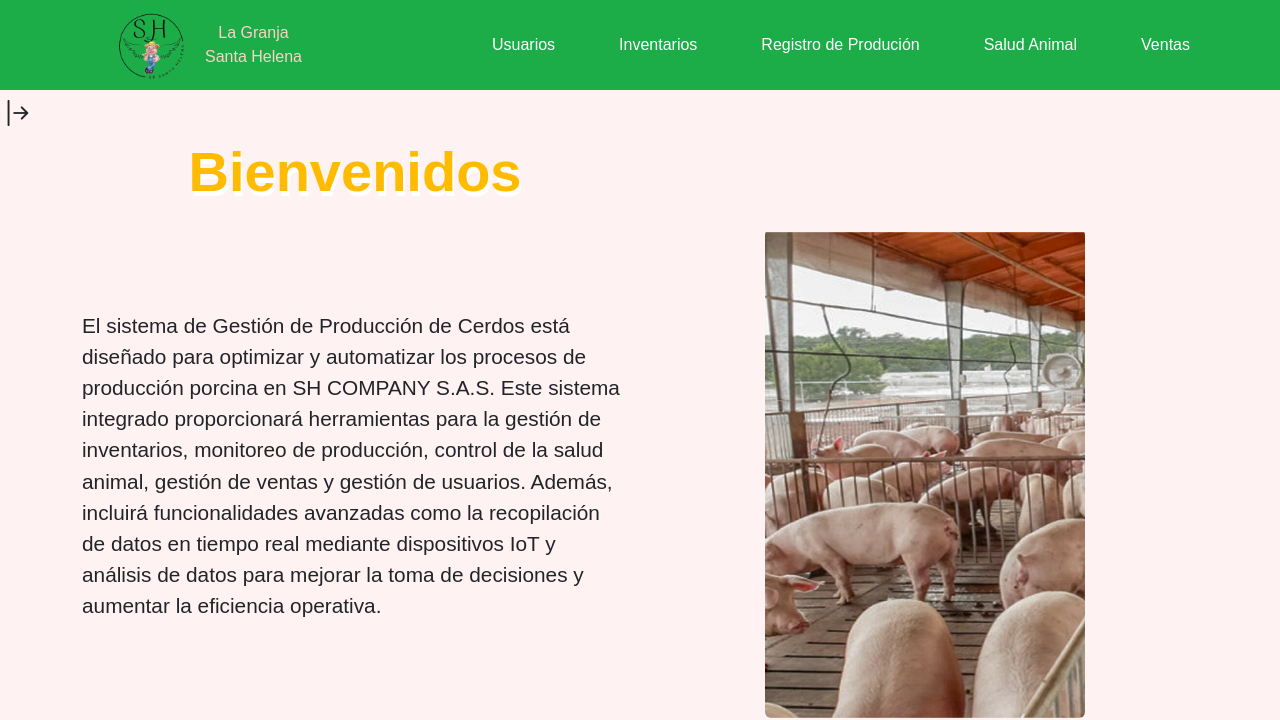
Repository: Mateojimenezz/Granja-Santa-Helena
Page: paginaDeInicio.html
The author's editor kept a copy of each file at every save. The page is drawn from the files as they stood at one save, then again after the next save.
The browser window is 1280 px wide. The pictures show the whole page.
Some web fonts or font styles are not loaded; a fallback is used.

Above is the page before, as saved 2025-03-31 15:27:37.

### paginaDeInicio.html
<!DOCTYPE html>
<html lang="es">
<head>
    <meta charset="UTF-8">
    <meta name="viewport" content="width=device-width, initial-scale=1.0">
    <title>La Granja</title>
    <link href="https://cdn.jsdelivr.net/npm/bootstrap@5.3.3/dist/css/bootstrap.min.css" rel="stylesheet" integrity="sha384-QWTKZyjpPEjISv5WaRU9OFeRpok6YctnYmDr5pNlyT2bRjXh0JMhjY6hW+ALEwIH" crossorigin="anonymous">

    <link rel="stylesheet" href="./assets/css/index.css">
    <link rel="stylesheet" href="./assets/css/paginaDeInicio.css">
    <link rel="stylesheet" href="https://cdn.jsdelivr.net/npm/bootstrap-icons@1.11.3/font/bootstrap-icons.min.css">
    <link href="https://fonts.googleapis.com/css2?family=Calistoga&display=swap" rel="stylesheet">

  </head>
<body>
  <header class="header sticky-top d-flex  align-items-center ">
    <div class="container d-flex  align-items-center justify-content-between ">
      <div class="logo">
        <img  src="./assets/img/logo.png" width="90" alt="Logo">
        <span>La Granja <br> Santa Helena</span>
      </div>
      <nav class="navbar navbar-expand-lg ">
        <button class="navbar-toggler toggler-focus text-white" type="button" data-bs-toggle="collapse" data-bs-target="#menu" aria-controls="menu" aria-expanded="false" aria-label="Toggle navigation">
          <span class="navbar-toggler-icon"></span>
        </button>
        <div class="collapse navbar-collapse" id="menu">
          <ul class="navbar-nav ms-auto    gap-md-3 gap-lg-5">
            <li class="nav-item"><a class="nav-link" href="#" >Usuarios</a></li>
            <li class="nav-item"><a class="nav-link" href="#">Inventarios</a></li>
            <li class="nav-item"><a class="nav-link" href="#">Registro de Produción</a></li>
            <li class="nav-item"><a class="nav-link" href="#">Salud Animal</a></li>
            <li class="nav-item"><a class="nav-link" href="#">Ventas</a></li>
          </ul>
        </div>
        </div>
      </nav>
    </div>
  </header>
  <button id="toggleMenu" class="d-none d-sm-none d-md-block  btn  position-fixed  btn-MenuLateralAbrir ">
    <span><i class="bi bi-arrow-bar-right"></i></span>
  </button>
  <!-- Menú lateral -->
  <div id="sidebar" class=" border-end vh-100 position-fixed start-0 p-3  ">
    <button id="closeMenu" class="btn  mb-1 btn-MenuLateralCerrar">
      <span><i class="bi bi-arrow-bar-left"></i></span>
    </button>
    <ul class="nav flex-column">
      <li class="nav-item">
        <a class="nav-link" href="#" data-target="menu-usuarios">Usuarios</a>
      </li>
      <li class="nav-item">
        <a class="nav-link" href="#" data-target="menu-inventario">Inventario</a>
      </li>
      <!-- Agrega más elementos aquí -->
    </ul>
  </div>
  <main class="container">
    <!-- Sección 1 -->
    <section class="row seccion-1">
      <article class="col-12 col-lg-6 d-flex justify-content-center align-items-center mt-5 mb-2">
        <h1 >Bienvenidos</h1>
      </article>
    </section>
    <!-- Sección 2 -->
    <section class="row seccion-2 -gap-10 mt-2">
      <article class="d-flex flex-column align-items-center justify-content-center col-12 col-lg-6 ">
        <p class="text-justify">
          El sistema de Gestión de Producción de Cerdos está diseñado para optimizar y automatizar
          los procesos de producción porcina en SH COMPANY S.A.S. Este sistema integrado proporcionará herramientas
          para la gestión de inventarios, monitoreo de producción, control de la salud animal, gestión de ventas y gestión de usuarios.
          Además, incluirá funcionalidades avanzadas como la recopilación de datos en tiempo real mediante dispositivos IoT y análisis de datos
          para mejorar la toma de decisiones y aumentar la eficiencia operativa.
        </p>
      </article>
      <!-- Imagen -->
      <article class="col-12 col-lg-6 d-flex justify-content-center align-items-center ">
        <img
          src="assets/img/Upload-5a8315b810a15-13022018 1.png"  width="320" height="200"
          class="img-fluid rounded"
          alt="Fotografía de la granja"
        />
      </article>
    </section>
  </main>










  <!-- bootstrap JS -->
  <script src="https://cdn.jsdelivr.net/npm/bootstrap@5.3.3/dist/js/bootstrap.bundle.min.js" integrity="sha384-YvpcrYf0tY3lHB60NNkmXc5s9fDVZLESaAA55NDzOxhy9GkcIdslK1eN7N6jIeHz" crossorigin="anonymous"></script>
  <script src="./assets/js/menu.js"></script>
  <script src="./assets/js/menuLateral.js"></script>
</body>

</html>

### assets/css/index.css
@import "./variables.css";

/* === General === */
body {
  margin: 0;
  font-family: var(--font-principal);
  background-color: var(--color-FondoDiv2);
}

/* === Header === */
.header {
  background-color: var(--color-principal);
  color: var(--color-texto);
  font-size: 1rem;
}

.logo {
  display: flex;
  align-items: center;
  gap: 0.5rem;
  color: #FCD1C6;
  text-align: center;
  margin-left: 25px;
}

/* === Botón Ingresar === */
.ingresar,
.ingresar1 {
  color: white !important;
  cursor: pointer;
  display: flex;
  align-items: center;
  gap: 10px;
}

.ingresar {
  margin-left: 110px;
  margin-right: 100px;
}

.ingresar h5:hover,
.ingresar1 h5:hover {
  color: var(--color-fondoDiv);
}

/* === Navbar === */
.navar-nav {
  justify-content: center;
}

.nav-link {
  position: relative;
  color: white;
  text-decoration: none;
  padding: 0.5rem;
  transition: color 0.3s ease-in-out;
}
.nav-link:active{
  color: red;
}

.nav-link::after {
  content: '';
  position: absolute;
  left: 15px;
  bottom: 0;
  width: 0;
  height: 2px;
  background-color: var(--color-FondoDiv2);
  transition: width 0.3s ease-in-out;
}

.nav-link:hover {
  color: var(--color-fondoDiv);
}

.nav-link:hover::after {
  width: 75%;
}

/* === Sección 1 - Imagen Principal === */
.imagen1 {
  width: 100%;
  height: 500px;
  object-fit: cover;
}

.titulo1 {
  position: absolute;
  top: 50%;
  left: 50%;
  transform: translate(-50%, -50%);
  color: white;
  font-size: 4rem;
  font-weight: bold;
  text-shadow: 2px 2px 5px var(--color-principal);
  text-align: center;
}

/* === Sección 3 === */
.seccion-3 {
  background-color: var(--color-fondoDiv);
}

/* === Footer === */
.footer {
  background-color: var(--color-Footter);
  padding-left: 50px;
  padding-bottom: 0px;
  margin-bottom: -50px;
}

.Logofooter {
  max-width: 250px;
  margin-right: 50px;
}

/* === Responsividad === */
@media (max-width: 991px) {

  /* Ajustes en dispositivos pequeños */
  .logo {
    margin-left: -10px;
  }

  .navbar-toggler {
    border: none !important;
  }

  .navbar-toggler:focus,
  .navbar-toggler:active,
  .navbar-toggler:hover {
    outline: none !important;
    box-shadow: 0 0 10px #F8E91C !important;
  }

  /* Ocultar ingresar en pantallas pequeñas y mostrar ingresar1 */
  .ingresar {
    display: none;
  }

  .ingresar1 {
    display: flex;
  }

  .ingresar1 .bi {
    padding-top: 5px;
  }
}

### assets/css/paginaDeInicio.css
#sidebar {
  display: none;
  transition: all 0.3s ease; /* Animación opcional */
  background-color: var(--color-menu-lateral);
  width: 250px;
}

#sidebar.open {
  display: block;
}
.btn-MenuLateralAbrir{
  margin-top: -5px;
  margin-left: -10px;
  font-size: 30px;
  font-weight: 700;
  border:none;

}

.btn-MenuLateralCerrar{
  margin-top: -20px;
  margin-left: 190px;
  font-size: 25px;
  border:none;
}
.seccion-1 h1{
    font-family: var(--font-principal);
    color:  #FFBB00;
    font-size: 3.5em;
    font-weight: bold;
    text-shadow: white 2px 5px;

}
.seccion-2{
  font-size: 1.3em;
  font-family: Arial;
}
@media (max-width: 768px) { /* Para pantallas menores a md */
  #sidebar {
    display: none !important; /* Oculta el menú lateral */
  }
  #toggleMenu, #closeMenu {
    display: none !important; /* Oculta los botones asociados */
  }
}

### assets/js/menu.js
document.addEventListener("DOMContentLoaded", function () {
    const menuToggle = document.querySelector(".navbar-toggler");
    const logo = document.querySelector(".logo");
    const menu = document.getElementById("menu");

    menuToggle.addEventListener("click", function () {
      const isMenuOpen = menu.classList.contains("show");

      if (isMenuOpen) {
        // Cuando el menú está abierto, restauramos el logo
        logo.style.display = "flex";
      } else {
        // Cuando el menú está cerrado, ocultamos el logo
        logo.style.display = "none";
      }
    });

    // Detectar cuando el usuario cierra el menú automáticamente
    menu.addEventListener("hidden.bs.collapse", function () {
      logo.style.display = "flex";
    });
  });

### assets/js/menuLateral.js
document.addEventListener("DOMContentLoaded", function () {
  const toggleMenu = document.getElementById("toggleMenu");
  const closeMenu = document.getElementById("closeMenu");
  const sidebar = document.getElementById("sidebar");
  const mainContent = document.querySelector("main"); // Selecciona el contenido principal
  const navLinks = document.querySelectorAll(".navbar-nav .nav-link"); // Selecciona los enlaces del menú superior

  // Función que verifica si la pantalla es grande
  function isLargeScreen() {
    return window.innerWidth >= 768; // Define pantallas grandes (md o más)
  }

  // Mostrar/ocultar el menú solo si la pantalla es grande
  if (isLargeScreen()) {
    toggleMenu.addEventListener("click", function () {
      if (sidebar.style.display === "none" || sidebar.style.display === "") {
        sidebar.style.display = "block"; // Muestra el menú lateral
        mainContent.style.marginLeft = "270px"; // Desplaza el contenido hacia la derecha
      } else {
        sidebar.style.display = "none"; // Oculta el menú lateral
        mainContent.style.marginLeft = "220px"; // Restaura el contenido al margen original
      }
    });

    closeMenu.addEventListener("click", function () {
      sidebar.style.display = "none"; // Oculta el menú lateral
      mainContent.style.marginLeft = "220px"; // Restaura el contenido al margen original
    });

    // Funcionalidad para los ítems del menú superior
    navLinks.forEach(link => {
      link.addEventListener("click", function (e) {
        e.preventDefault(); // Evita el comportamiento predeterminado del enlace

        if (sidebar.style.display === "block") {
          sidebar.style.display = "none"; // Oculta el menú lateral
          mainContent.style.marginLeft = "220px"; // Restaura el contenido al margen original
        } else {
          sidebar.style.display = "block"; // Despliega el menú lateral
          mainContent.style.marginLeft = "270px"; // Desplaza el contenido principal
        }
      });
    });
  }

  // Opcional: ocultar el menú inmediatamente si el usuario redimensiona a una pantalla pequeña
  window.addEventListener("resize", function () {
    if (!isLargeScreen()) {
      sidebar.style.display = "none"; // Oculta el menú lateral
      mainContent.style.marginLeft = "0"; // Restaura el contenido al margen original
    }
  });
});

### assets/css/variables.css
/* variables.css */
:root {
    --color-principal: #1CAD48 ;
    --color-Botones: rgba(255, 187, 0, 0.47);
    --color-texto: white;
    --color-fondo: #f5f5f5;
    --font-principal: 'calistoga','arial';
    --color-fondoDiv: #F8E91C;
    --color-FondoDiv2:#FFF2F2;
    --color-Footter: #D9D9D9;
    --letra-gris: #B0B0B7;
    --color-menu-lateral:#BDEAAD;
  }

After the next save:
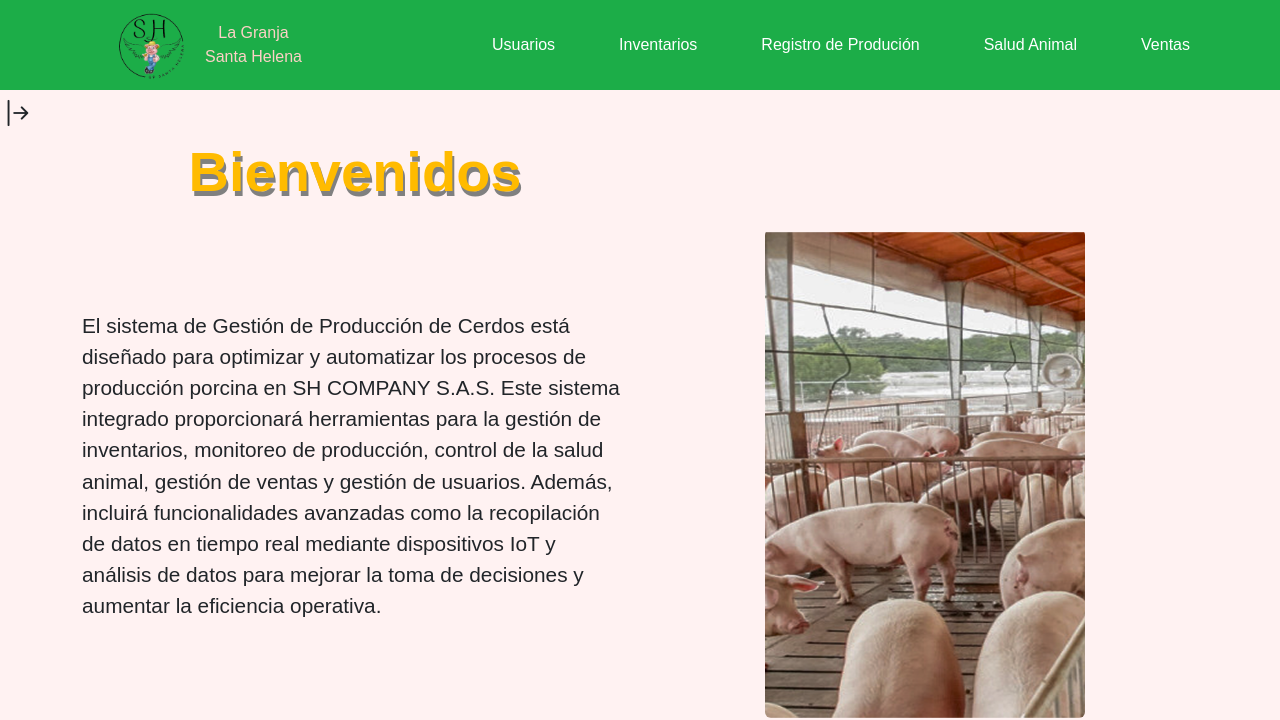
Saved 24 s later.
--- a/assets/css/paginaDeInicio.css
+++ b/assets/css/paginaDeInicio.css
@@ -28,7 +28,7 @@
     color:  #FFBB00;
     font-size: 3.5em;
     font-weight: bold;
-    text-shadow: white 2px 5px;
+    text-shadow: gray 2px 5px;
 
 }
 .seccion-2{
